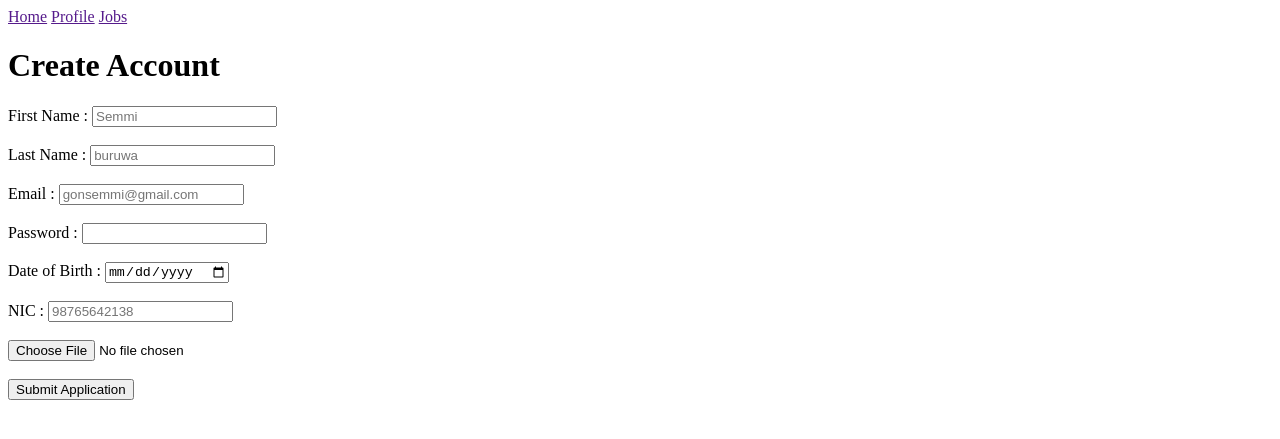
Repository: IT21221064/JobPortal
Page: http://localhost/JobApp/addProfile.jsp
These files come from the project's save history. The page is drawn as it stood at one moment and after the next save; the edit follows.
The browser window is 1280 px wide. The pictures show the whole page.
The page is served by Tomcat 9.

Above is the page before, as saved 2023-07-15 16:54:12.

### Project/JobApp/src/main/webapp/addProfile.jsp
<%@ page language="java" contentType="text/html; charset=ISO-8859-1"
    pageEncoding="ISO-8859-1"%>
<!DOCTYPE html>
<html>
<head>
<meta charset="ISO-8859-1">
<title>Insert title here</title>
</head>
<body>
<%@include file="nav.html" %>
<form method="post" action="#">
<h1>Create Account</h1>
<label for="fname">First Name : </label>
<input type="text" name="fname" id="fname" placeholder="Semmi"><br><br>

<label for="lname">Last Name : </label>
<input type="text" name="lname" id="lname" placeholder="buruwa"><br><br>

<label for="email">Email : </label>
<input type="email" name="email" id="email" placeholder="gonsemmi@gmail.com"><br><br>

<label for ="pw">Password : </label>
<input type="password" name="pw" id="pw"><br><br>

<label for ="dob">Date of Birth : </label>
<input type="date" name="dob" id="dob"><br><br>

<label for ="nic">NIC : </label>
<input type="number" name="nic" id="nic" placeholder="98765642138"><br><br>

<input type="file" name="cv" id="cv"><br><br>

<input type="submit" value="Submit Application"><br><br>

</form>

</body>
</html>

### Project/JobApp/src/main/webapp/nav.html
<nav>
	<a href="">Home</a>
	<a href="">Profile</a>
	<a href="">Jobs</a>
</nav>

After the next save:
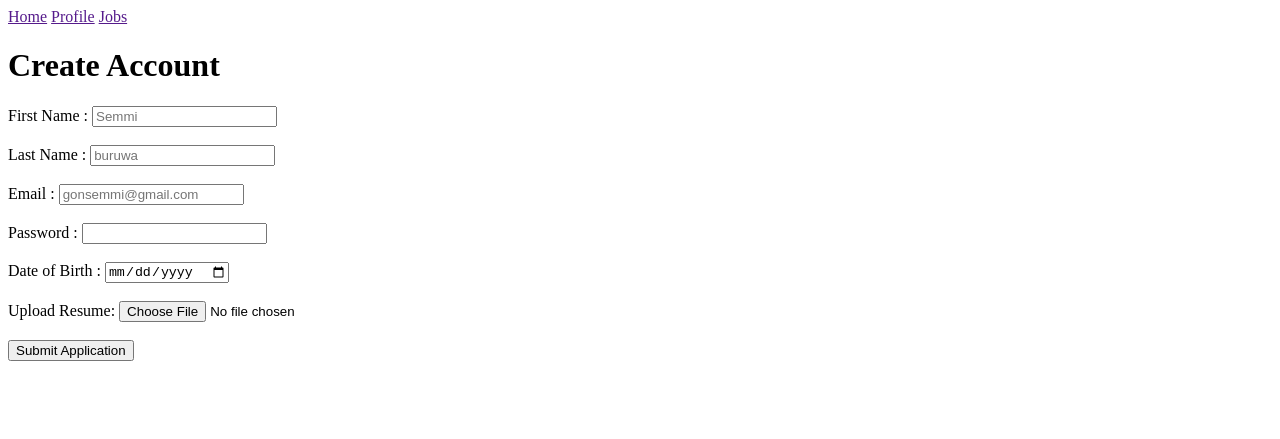
Saved 98 s later.
--- a/Project/JobApp/src/main/webapp/addProfile.jsp
+++ b/Project/JobApp/src/main/webapp/addProfile.jsp
@@ -25,8 +25,8 @@
 <label for ="dob">Date of Birth : </label>
 <input type="date" name="dob" id="dob"><br><br>
 
-<label for ="nic">NIC : </label>
-<input type="number" name="nic" id="nic" placeholder="98765642138"><br><br>
+<label for="cv">Upload Resume: </label>
+
 
 <input type="file" name="cv" id="cv"><br><br>
 
